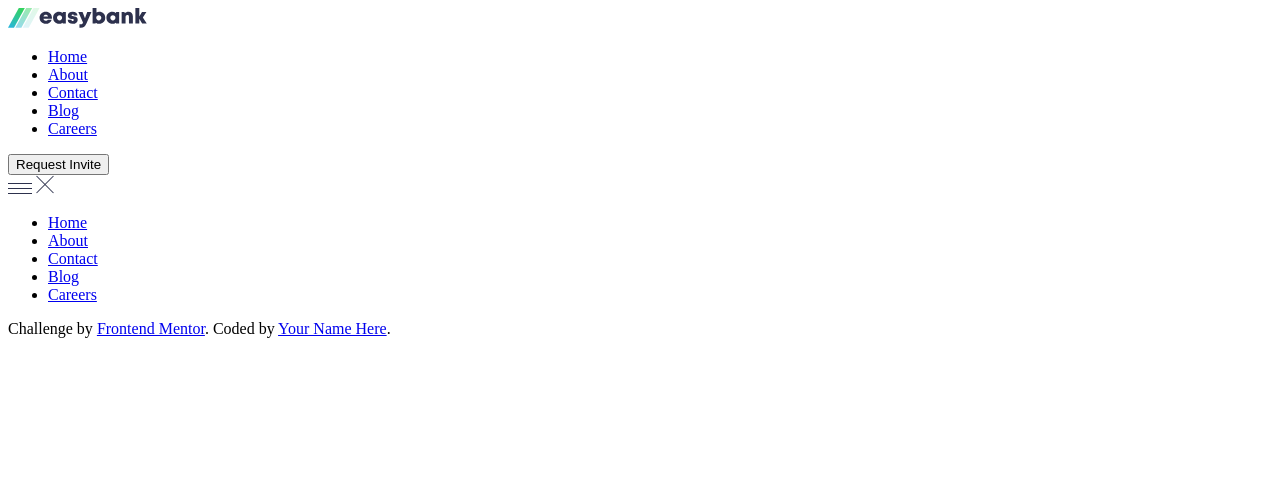
Repository: OmniaRafat232111121/easybank-landing-page-master
Page: index.html
These files come from the project's save history. The page is drawn as it stood at one moment and after a run of saves; the edit follows.
The browser window is 1280 px wide. The pictures show the whole page.

Above is the page before, as saved 2022-07-11 14:39:03.

After the next 6 saves:
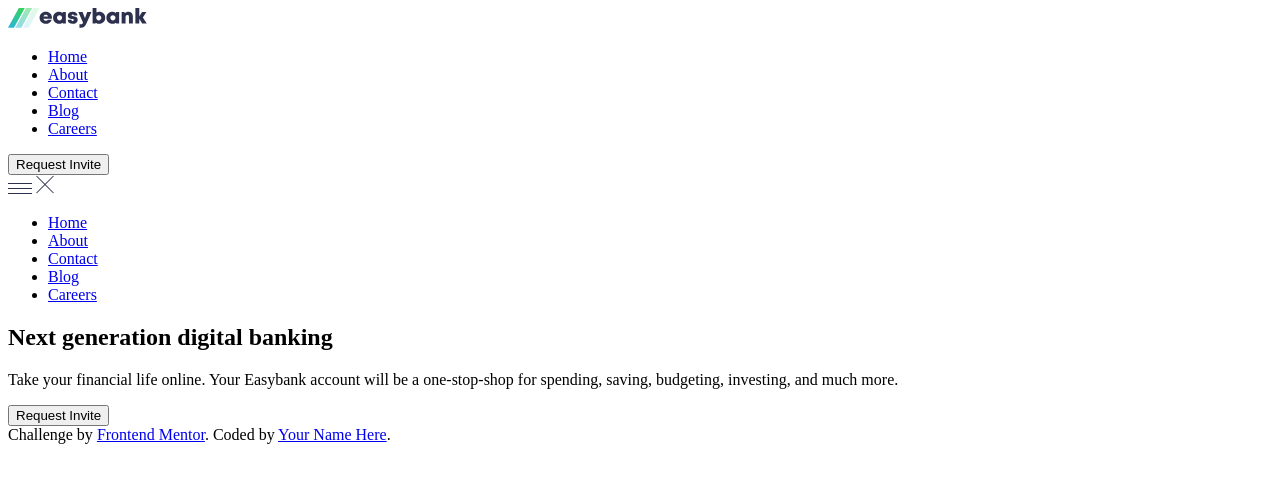
The 6 saves are shown as one change because they came seconds apart.
The last was saved 52 s later.
--- a/index.html
+++ b/index.html
@@ -49,6 +49,29 @@
     </ul>
   </div>
   </header>
+
+
+  <!--Main-->
+  <div class="overlay opacity-0 hide-for-mobile"></div>
+      <!-- Intro -->
+      <section class="section intro" id="home">
+        <div class="intro__container grid">
+          <div class="intro__first">
+            <div class="intro__image"></div>
+          </div>
+          <div class="intro__second container">
+            <h1>Next generation digital banking</h1>
+            <p>
+              Take your financial life online. Your Easybank account will be a
+              one-stop-shop for spending, saving, budgeting, investing, and much
+              more.
+            </p>
+            <div class="button">
+              <button class="btn">Request Invite</button>
+            </div>
+          </div>
+        </div>
+      </section>
   <div class="attribution">
     Challenge by <a href="https://www.frontendmentor.io?ref=challenge" target="_blank">Frontend Mentor</a>.
     Coded by <a href="#">Your Name Here</a>.
